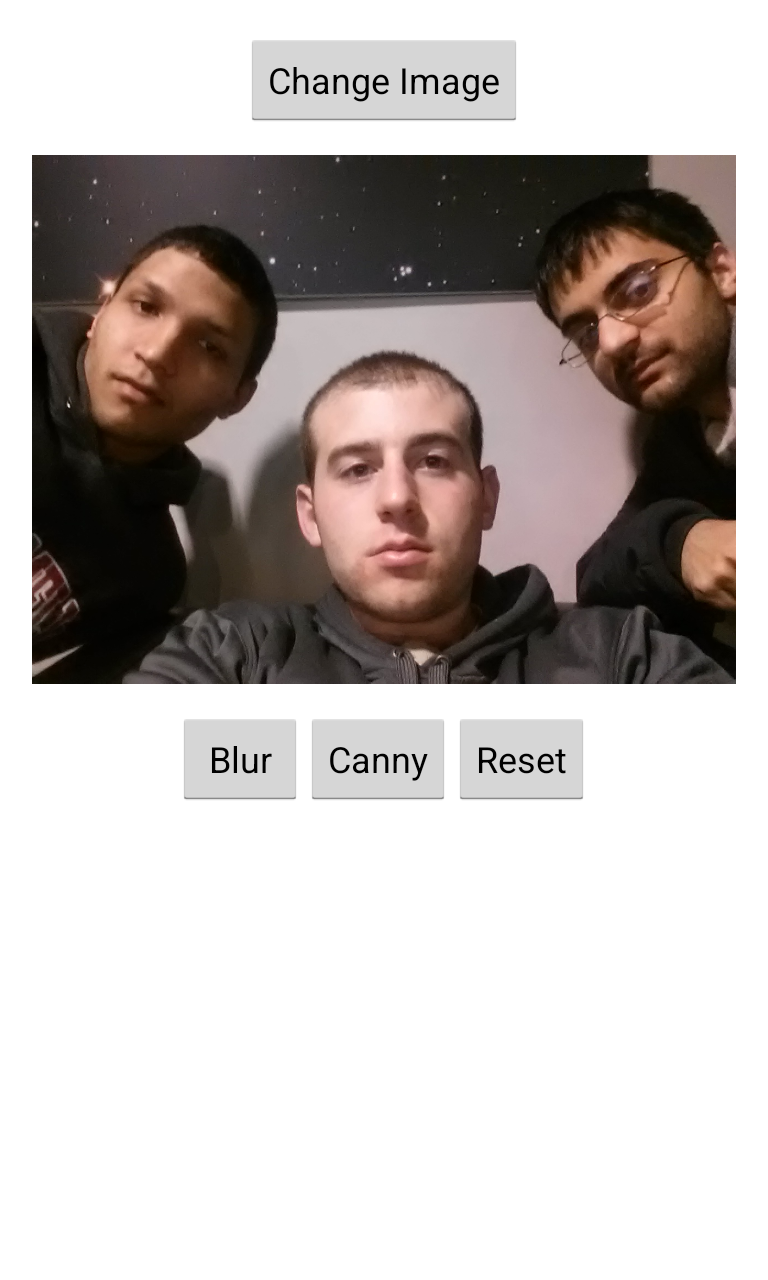
Repository: DevShah/18551
Layout: Lab1/Lab1/res/layout/activity_image_process.xml
These files come from the project's save history. The layout is drawn as it stood at one moment and after the next save; the edit follows.
It is drawn on a 768 x 1280 px phone screen (xhdpi) without system bars, with theme AppTheme; the app's code is not run.

Above is the layout before, as saved 2014-01-27 23:42:52.

### Lab1/Lab1/res/layout/activity_image_process.xml
<RelativeLayout xmlns:android="http://schemas.android.com/apk/res/android"
    xmlns:tools="http://schemas.android.com/tools"
    android:layout_width="match_parent"
    android:layout_height="match_parent"
    android:paddingBottom="@dimen/activity_vertical_margin"
    android:paddingLeft="@dimen/activity_horizontal_margin"
    android:paddingRight="@dimen/activity_horizontal_margin"
    android:paddingTop="@dimen/activity_vertical_margin"
    tools:context=".ImageProcessActivity" >

    <LinearLayout
        android:layout_width="wrap_content"
        android:layout_height="wrap_content"
        android:layout_alignParentBottom="true"
        android:layout_alignParentLeft="true"
        android:layout_alignParentRight="true"
        android:layout_alignParentTop="true"
        android:orientation="vertical" >

        <Button
            android:id="@+id/button4"
            android:layout_width="wrap_content"
            android:layout_height="wrap_content"
            android:layout_gravity="center_horizontal"
            android:text="Change Image" />

        <ImageView
            android:id="@+id/image_we_will_process"
            android:layout_width="wrap_content"
            android:layout_height="85dp"
            android:layout_gravity="center_horizontal"
            android:layout_weight="0.77"
            android:src="@drawable/group_pic_2" />

        <LinearLayout
            android:layout_width="wrap_content"
            android:layout_height="0dp"
            android:layout_gravity="center_horizontal"
            android:layout_weight="1" >

            <Button
                android:id="@+id/button1"
                android:layout_width="wrap_content"
                android:layout_height="wrap_content"
                android:text="Blur"
                android:onClick="blur"/>

            <Button
                android:id="@+id/button2"
                android:layout_width="wrap_content"
                android:layout_height="wrap_content"
                android:text="Canny"
                android:onClick="canny" />

            <Button
                android:id="@+id/button3"
                android:layout_width="wrap_content"
                android:layout_height="wrap_content"
                android:text="Reset"
                android:onClick="reset" />
        </LinearLayout>
    </LinearLayout>

</RelativeLayout>

Loaded but not shown: Lab1/Lab1/res/values/styles.xml (common file); Lab1/Lab1/res/values-v11/styles.xml (common file); Lab1/Lab1/res/values-v14/styles.xml (common file); Lab1/Lab1/res/values/dimens.xml (common file)

After the next save:
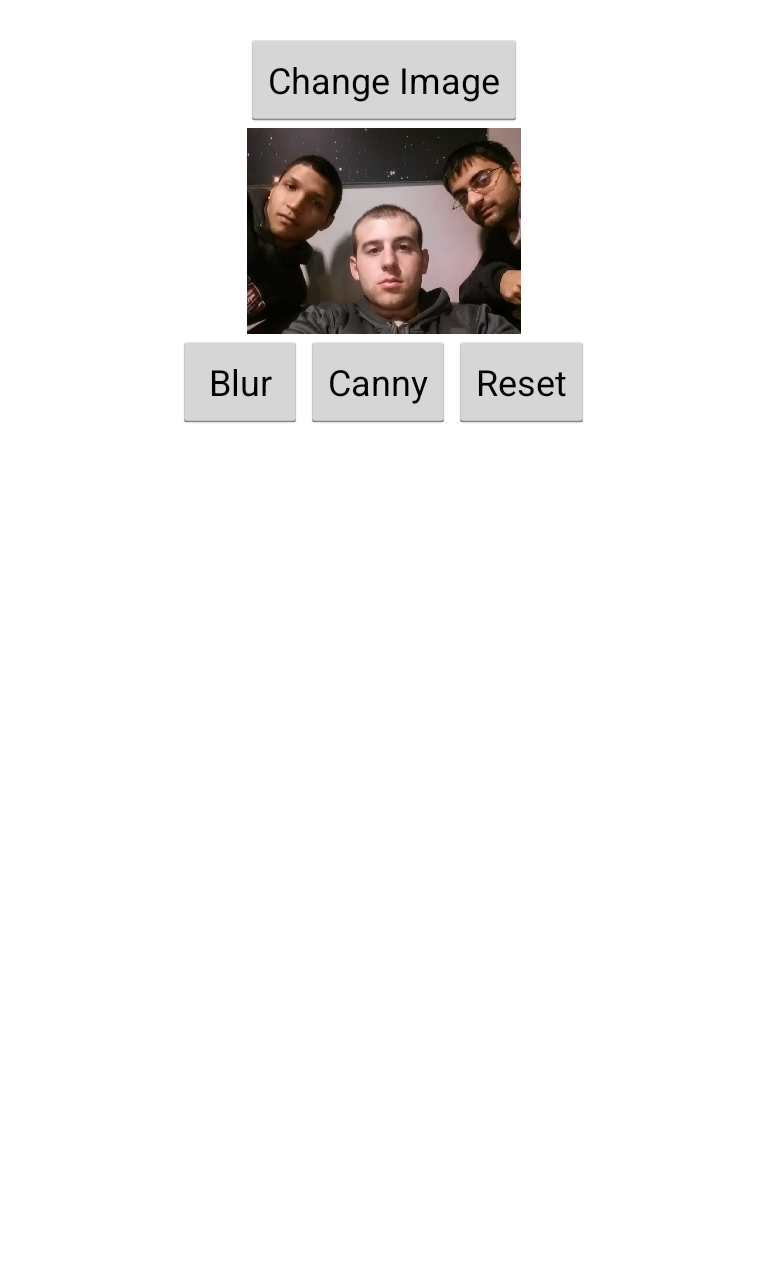
Saved 3 min 35 s later.
--- a/Lab1/Lab1/res/layout/activity_image_process.xml
+++ b/Lab1/Lab1/res/layout/activity_image_process.xml
@@ -26,10 +26,9 @@
 
         <ImageView
             android:id="@+id/image_we_will_process"
-            android:layout_width="wrap_content"
-            android:layout_height="85dp"
+            android:layout_width="417dp"
+            android:layout_height="103dp"
             android:layout_gravity="center_horizontal"
-            android:layout_weight="0.77"
             android:src="@drawable/group_pic_2" />
 
         <LinearLayout
